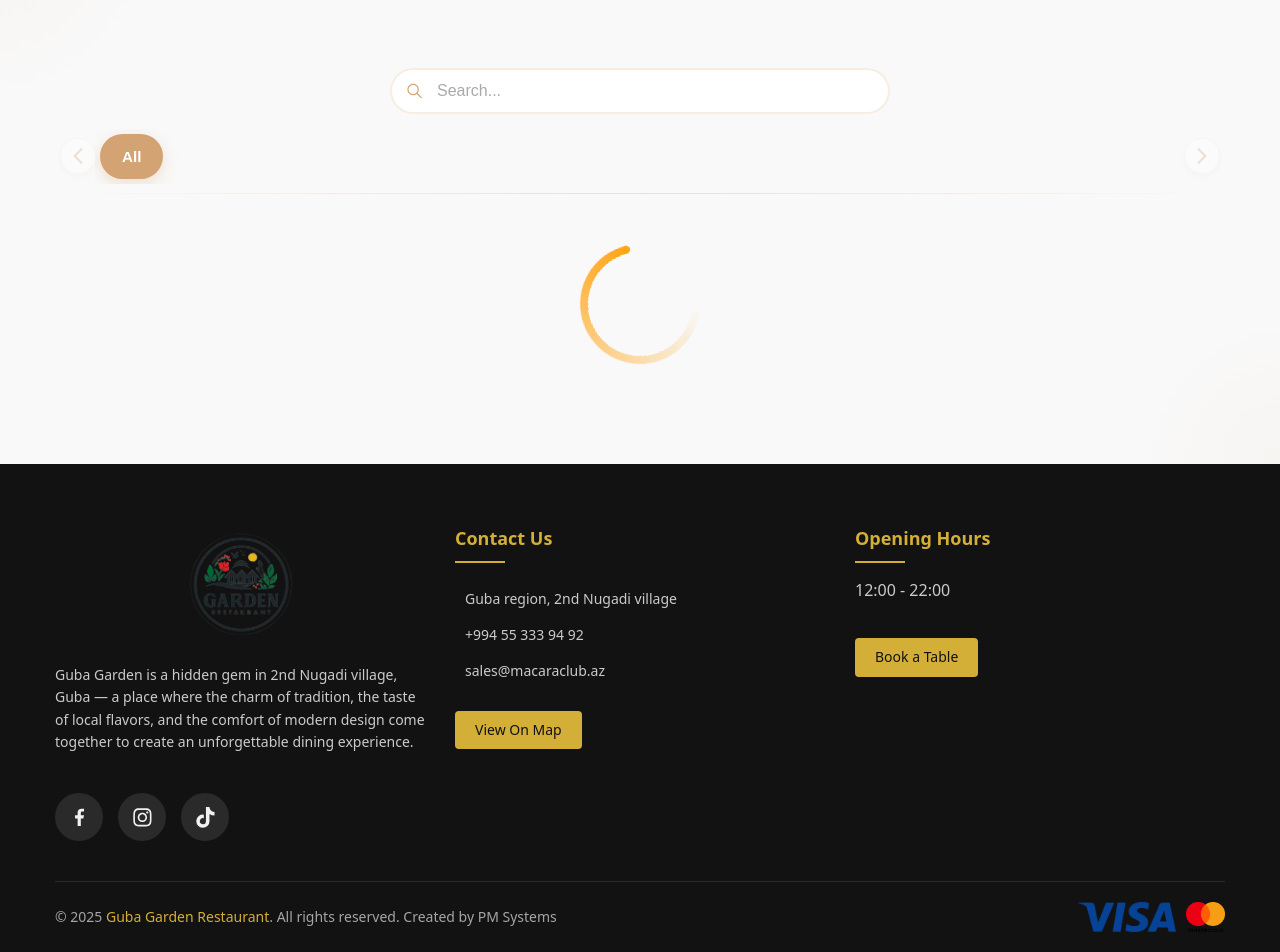
Repository: ferhadsultan98/menu-macara
Page: /
An editor plug-in stored every save of this project. The page is shown before and after the next save, followed by the edit.
The browser window is 1280 px wide. The pictures show the part of the page from y = 1524 to 2476 px (the page is 2476 px tall).
The page's requests for data from a server got no answer. The project was rebuilt for these pictures with package versions that can differ from the ones it lists, and the page was loaded fresh each time. No one was signed in, and anything a server would have sent is missing. Also part of the build but not shown: vite.config.js.

Above is the page before, as saved 2025-04-17 16:30:19.

### index.html
<!doctype html>
<html lang="en">
  <head>
    <meta charset="UTF-8" />
    <link rel="shortcut icon" href="/src/assets/logo.png" type="image/x-icon">
    <meta name="viewport" content="width=device-width, initial-scale=1.0" />
    <title>Guba Garden - Menu</title>
  </head>
  <body>
    <div id="root"></div>
    <script type="module" src="/src/main.jsx"></script>
  </body>
</html>

### src/App.jsx
import React from "react";
import { I18nextProvider } from "react-i18next";
import i18n from "./Languages/i18n";
import "./App.scss";
import MainLayout from "./Components/Common/MainLayout";
import Home from "./Pages/Home/Home";
import MenuSection from "./Pages/MenuSection/MenuSection";

function App() {
  return (
    <I18nextProvider i18n={i18n}>
      <div className="app-container">
        <MainLayout>
          <Home/>
          <MenuSection />
        </MainLayout>
      </div>
    </I18nextProvider>
  );
}

export default App;

### src/App.scss
* {
  margin: 0;
  padding: 0;
  box-sizing: border-box;
}

body {
  font-family: system-ui, -apple-system, BlinkMacSystemFont, "Segoe UI", Roboto,
    Oxygen, Ubuntu, Cantarell, "Open Sans", "Helvetica Neue", sans-serif;
}

### src/Components/Common/MainLayout.jsx
import React from 'react';
import Header from './Header/Header';
import Footer from './Footer/Footer';

const MainLayout = ({ children }) => {
  return (
    <>
      <Header />
      {children}
      <Footer />
    </>
  );
};

export default MainLayout;

### src/Components/Common/Header/Header.jsx
import { useState, useEffect, useRef } from "react";
import "./Header.scss";
import Logo from "../../../assets/logo.png";
import whiteLogo from "../../../assets/logowhite.png";
import { motion, AnimatePresence } from "framer-motion";
import { useTranslation } from "react-i18next";

const Header = () => {
  const [scrolled, setScrolled] = useState(false);
  const [isOpen, setIsOpen] = useState(false);
  const dropdownRef = useRef(null);
  const { i18n } = useTranslation();

  const languages = [
    { code: "en", name: "English" },
    { code: "az", name: "Azerbaijani" },
    { code: "ru", name: "Russian" },
  ];

  useEffect(() => {
    const handleScroll = () => {
      const isScrolled = window.scrollY > 20;
      setScrolled(isScrolled);
    };

    window.addEventListener("scroll", handleScroll);
    return () => window.removeEventListener("scroll", handleScroll);
  }, []);

  useEffect(() => {
    const handleClickOutside = (event) => {
      if (dropdownRef.current && !dropdownRef.current.contains(event.target)) {
        setIsOpen(false);
      }
    };

    document.addEventListener("mousedown", handleClickOutside);
    return () => document.removeEventListener("mousedown", handleClickOutside);
  }, []);

  const toggleLanguage = (langCode) => {
    i18n.changeLanguage(langCode);
    setIsOpen(false);
  };

  const toggleMenu = () => {
    setIsOpen(!isOpen);
  };

  return (
    <header className={`header ${scrolled ? "scrolled" : ""}`}>
      <div className="headerContainer">
        <div className="logo">
          <img
            src={scrolled ? Logo : whiteLogo}
            alt={scrolled ? "Logo" : "White Logo"}
            className="logo-img"
          />
        </div>

        <div className="header-actions">
          <div className="lang-dropdown" ref={dropdownRef}>
            <button
              className="lang-current"
              onClick={toggleMenu}
              aria-expanded={isOpen}
            >
              <span>{i18n.language.toUpperCase()}</span>
              <i className={`fas fa-chevron-down ${isOpen ? "open" : ""}`}></i>
            </button>

            <AnimatePresence>
              {isOpen && (
                <motion.ul
                  className="lang-options"
                  initial={{ opacity: 0, y: -10 }}
                  animate={{ opacity: 1, y: 0 }}
                  exit={{ opacity: 0, y: -10 }}
                  transition={{ duration: 0.2 }}
                >
                  {languages.map((lang) => (
                    <motion.li
                      key={lang.code}
                      whileHover={{ backgroundColor: "rgba(0,0,0,0.05)" }}
                      onClick={() => toggleLanguage(lang.code)}
                      className={i18n.language === lang.code ? "active" : ""}
                    >
                      <span className="lang-code">
                        {lang.code.toUpperCase()}
                      </span>
                      <span className="lang-name">{lang.name}</span>
                    </motion.li>
                  ))}
                </motion.ul>
              )}
            </AnimatePresence>
          </div>
        </div>
      </div>
    </header>
  );
};

export default Header;

### src/Components/Common/Footer/Footer.jsx
import React, { useState, useEffect } from "react";
import "./Footer.scss";
import logo from "../../../assets/logo.png";
import visaIcon from "../../../assets/visa.png";
import mastercardIcon from "../../../assets/mastercard.png";
import { IoIosArrowUp } from "react-icons/io";
import { GrFacebookOption } from "react-icons/gr";
import { FaInstagram, FaTiktok } from "react-icons/fa";
import { useTranslation } from "react-i18next";

const Footer = () => {
  const { t } = useTranslation();
  const [showScrollTop, setShowScrollTop] = useState(false);
  const currentYear = new Date().getFullYear();

  useEffect(() => {
    const handleScroll = () => {
      if (window.scrollY > 300) {
        setShowScrollTop(true);
      } else {
        setShowScrollTop(false);
      }
    };

    window.addEventListener("scroll", handleScroll);

    return () => {
      window.removeEventListener("scroll", handleScroll);
    };
  }, []);

  const scrollToTop = () => {
    window.scrollTo({
      top: 0,
      behavior: "smooth",
    });
  };

  return (
    <footer className="footer">
      <div className="container">
        <div className="footerTop">
          <div className="footerGrid">
            <div className="footerBrand">
              <img
                src={logo}
                alt="Guba Garden Restaurant Logo"
                className="footerLogo"
              />
              <p className="footerDescription">{t("footer.desc")}</p>
              <div className="footerSocial">
                <a href="https://facebook.com" aria-label="Facebook">
                  <i>
                    {" "}
                    <GrFacebookOption />
                  </i>
                </a>
                <a href="https://instagram.com" aria-label="Instagram">
                  <i>
                    {" "}
                    <FaInstagram />
                  </i>
                </a>
                <a href="https://tiktok.com" aria-label="TikTok">
                  <i>
                    {" "}
                    <FaTiktok />
                  </i>
                </a>
              </div>
            </div>

            <div className="footerContact">
              <h4 className="footerContactTitle">Contact Us</h4>
              <ul className="footerContactList">
                <li>
                  <i className="fas fa-map-marker-alt"></i>
                  <span>{t("footer.location")}</span>
                </li>
                <li>
                  <i className="fas fa-phone-alt"></i>
                  <span>+994 55 333 94 92</span>
                </li>
                <li>
                  <i className="fas fa-envelope"></i>
                  <span>sales@macaraclub.az</span>
                </li>
              </ul>
              <a href="https://maps.app.goo.gl/35UcEZzbX2nMFG9H6" className="footerContactLink" target="_blank">
                {t("footer.viewMap")}
              </a>
            </div>

            <div className="footerHours">
              <h4 className="footerHoursTitle">{t("footer.openHours")}</h4>
              <p className="footerHoursText">12:00 - 22:00</p>
              <a href="https://macaraclub.az/" className="footerHoursLink" target="_blank">
                {t("footer.bookaTable")}
              </a>
            </div>
          </div>
        </div>

        <div className="footerBottom">
          <p className="footerCopyright">
            © {currentYear} <span>Guba Garden Restaurant</span>.{" "}
            {t("footer.allRightReserved")} Created by PM Systems
          </p>

          <div className="footerPayment">
            <img src={visaIcon} alt="Visa" />
            <img src={mastercardIcon} alt="Mastercard" />
          </div>

          <div
            className={`footerScrollTop ${showScrollTop ? "show bounce" : ""}`}
            onClick={scrollToTop}
            aria-label="Scroll to top"
          >
            <IoIosArrowUp />
          </div>
        </div>
      </div>
    </footer>
  );
};

export default Footer;

### src/Components/Loading/Loading.jsx
import React from "react";
import "./Loading.scss";

const Loading = () => {
  return <div className="restaurantLoader"></div>;
};

export default Loading;

### src/server/server.jsx
// src/server/server.js
import { initializeApp } from "firebase/app";
import { getDatabase, ref, onValue, set, push, remove, update } from "firebase/database";
import { getAnalytics } from "firebase/analytics";

// Firebase configuration
const firebaseConfig = {
  apiKey: "AIzaSyA3iCDoGXoamiNg5rUrGU5uqmnfMHKO9BI",
  authDomain: "gubagarden.firebaseapp.com",
  projectId: "gubagarden",
  storageBucket: "gubagarden.firebasestorage.app",
  messagingSenderId: "920416051355",
  appId: "1:920416051355:web:6acffca1bb687b0d4ca63e",
  measurementId: "G-L77LRCTPG3",
  databaseURL: "https://gubagarden-default-rtdb.firebaseio.com"
};


const app = initializeApp(firebaseConfig);
let analytics = null;


if (typeof window !== 'undefined') {
  try {
    analytics = getAnalytics(app);
  } catch (error) {
    console.error("Analytics failed to initialize:", error);
  }
}

const database = getDatabase(app);

export { database, analytics, ref, onValue, set, push, remove, update };

### src/Components/Common/Header/Header.scss
@import url("https://fonts.googleapis.com/css2?family=Playfair+Display:wght@400;500;600;700&family=Poppins:wght@300;400;500;600&display=swap");

$secondary-color: #2c3e50;
$light-color: #ffffff;
$dark-color: #1a1a1a;
$text-light: #ffffff;
$text-dark: #333333;
$font-primary: "Playfair Display", serif;
$font-secondary: "Poppins", sans-serif;
$header-height: 80px;
$header-height-mobile: 70px;
$transition: all 0.3s ease;

.header {
  position: fixed;
  top: 0;
  left: 0;
  width: 100%;
  z-index: 2;
  transition: $transition;

  &.scrolled {
    background-color: rgba($light-color, 0.95);
    backdrop-filter: blur(10px);
    box-shadow: 0 5px 20px rgba($dark-color, 0.08);
    z-index: 4;

    .nav-link,
    .lang-current
    {
      color: $text-dark;
    }

    .lang-current {
      border-color: black;


      &:hover {
        border-color: rgba($dark-color, 0.4);
      }
    }

    .mobile-menu-btn {
      span {
        background-color: $text-dark;
      }
    }

    .reservation-btn {
      background-color: #d4b062;
      color: $text-light;
      border-color: #d4b062;

      &:hover {
        background-color: darken(#d4b062, 5%);
      }
    }
  }

  .headerContainer {
    display: flex;
    justify-content: space-between;
    align-items: center;
    width: 100%;
    padding: 0 30px;
    max-width: 1400px;
    margin: 0 auto;

    @media (max-width: 1200px) {
      max-width: 100%;
    }

    @media (max-width: 992px) {
      padding: 0 20px;
    }

    @media (max-width: 768px) {
      height: $header-height-mobile;
    }
  }

  .logo {
    height: 100px;
    display: flex;
    align-items: center;
    cursor: pointer;

    img {
      height: 100%;
      width: auto;
      object-fit: contain;
      filter: drop-shadow(1px 0px 1px rgb(47, 45, 45));
    }

    @media (max-width: 768px) {
      height: 50px;
    }

    @media (max-width: 480px) {
      height: 40px;
    }
  }

  .navigation {
    display: flex;
    align-items: center;

    .nav-links {
      display: flex;
      list-style: none;
      margin: 0;
      padding: 0;

      .nav-item {
        margin: 0 15px;
        position: relative;

        &::after {
          content: "";
          position: absolute;
          bottom: -5px;
          left: 0;
          width: 0;
          height: 2px;
          background-color: #d4b062;
          transition: $transition;
        }

        &:hover::after {
          width: 100%;
        }
      }

      .nav-link {
        color: $text-light;
        text-decoration: none;

        font-size: 1rem;
        font-weight: 500;
        transition: $transition;

        &:hover {
          color: #d4b062;
        }
      }
    }

    @media (max-width: 992px) {
      display: none;
    }
  }

  .header-actions {
    display: flex;
    align-items: center;

    .reservation-btn {
      margin-right: 20px;
      padding: 10px 20px;
      background-color: transparent;
      border: 2px solid $light-color;
      border-radius: 4px;
      color: $text-light;

      font-weight: 500;
      font-size: 0.9rem;
      cursor: pointer;
      transition: $transition;

      &:hover {
        background-color: $light-color;
        color: $dark-color;
      }

      @media (max-width: 992px) {
        display: none;
      }
    }
  }

  .lang-dropdown {
    position: relative;

    .lang-current {
      display: flex;
      align-items: center;
      background: transparent;
      border: 1px solid #d4b062;
      color: #d4b062;
      border-radius: 4px;
      cursor: pointer;
      font-weight: 500;
      transition: $transition;
      padding: 8px 15px;

      span {
        font-size: 0.9rem;
      }

      i {
        font-size: 0.8rem;
        transition: $transition;

        &.open {
          transform: rotate(180deg);
        }
      }

      &:hover {
        border-color: rgb(145, 113, 46);
        color: rgb(145, 113, 46);
      }
    }

    .lang-options {
      position: absolute;
      top: calc(100% + 8px);
      right: 0;
      background-color: $light-color;
      border-radius: 6px;
      overflow: hidden;
      box-shadow: 0 5px 25px rgba($dark-color, 0.15);
      min-width: 160px;
      padding: 5px 0;
      margin: 0;
      list-style: none;
      z-index: 100;

      li {
        display: flex;
        align-items: center;
        padding: 10px 15px;
        cursor: pointer;
        transition: $transition;

        &.active {
          background-color: rgba(#d4b062, 0.1);

          .lang-code {
            color: #d4b062;
            font-weight: 600;
          }
        }

        &:hover {
          background-color: rgba($dark-color, 0.05);
        }

        .lang-code {
          font-size: 0.9rem;
          font-weight: 500;
          color: $text-dark;
          margin-right: 10px;
          min-width: 30px;
        }

        .lang-name {
          font-size: 0.85rem;
          color: rgba($text-dark, 0.8);
        }
      }
    }
  }

  .mobile-menu-btn {
    display: none;
    flex-direction: column;
    justify-content: space-between;
    width: 24px;
    height: 18px;
    background: transparent;
    border: none;
    cursor: pointer;
    padding: 0;
    margin-left: 15px;

    span {
      display: block;
      width: 100%;
      height: 2px;
      background-color: $text-light;
      transition: $transition;

      &:nth-child(2) {
        width: 70%;
        align-self: flex-end;
      }
    }

    &:hover {
      span:nth-child(2) {
        width: 100%;
      }
    }

    @media (max-width: 992px) {
      display: flex;
    }
  }
}

// Responsive styles
@media (max-width: 992px) {
  .header {
    .headerContainer {
      padding: 0 20px;
    }
  }
}

@media (max-width: 768px) {
  .header {
    .headerContainer {
      height: $header-height-mobile;
      padding: 0 15px;
    }

    .logo {
      height: 65px;
    }

    .lang-dropdown {
      .lang-current {
        padding: 6px 12px;

        span {
          font-size: 0.85rem;
        }
      }
    }
  }
}

@media (max-width: 480px) {
  .header {
    .headerContainer {
      padding: 0 15px;
    }

    .logo {
      height: 65px;
    }

    .lang-dropdown {
      .lang-current {
        padding: 5px 10px;

        span {
          font-size: 0.8rem;
        }
      }
    }
  }
}

// Animation for dropdown
@keyframes fadeIn {
  from {
    opacity: 0;
    transform: translateY(-10px);
  }
  to {
    opacity: 1;
    transform: translateY(0);
  }
}

@keyframes fadeOut {
  from {
    opacity: 1;
    transform: translateY(0);
  }
  to {
    opacity: 0;
    transform: translateY(-10px);
  }
}

### src/Components/Common/Footer/Footer.scss

.footer {
  background-color: #121212;
  color: #f1f1f1;
  padding: 60px 0 20px;
  position: relative;

  .container {
    max-width: 1200px;
    margin: 0 auto;
    padding: 0 15px;
  }

  .footerTop {
    margin-bottom: 40px;
  }

  .footerGrid {
    display: grid;
    grid-template-columns: repeat(3, 1fr);
    gap: 30px;

    @media (max-width: 992px) {
      grid-template-columns: repeat(2, 1fr);
    }

    @media (max-width: 768px) {
      grid-template-columns: 1fr;
    }
  }

  .footerBrand {
    display: flex;
    flex-direction: column;
  }

  .footerLogo {
    height: 120px;
    width: auto;
    margin-bottom: 20px;
    object-fit: contain;
  }

  .footerDescription {
    font-size: 14px;
    line-height: 1.6;
    margin-bottom: 20px;
    color: darken(#f1f1f1, 15%);
  }

  .footerSocial {
    display: flex;
    gap: 15px;
    margin-top: 20px;

    a {
      display: flex;
      align-items: center;
      justify-content: center;
      width: 48px;
      height: 48px;
      border-radius: 50%;
      background-color: rgba(255, 255, 255, 0.1);
      color: #f1f1f1;
      transition: all 0.3s ease;

      &:hover {
        background-color: #d4af37;
        color: #121212;
        transform: translateY(-3px);
      }


      i {
        font-size: 1.3rem;
        display: flex;

      }
    }
  }

  .footerContact,
  .footerHours {
    h4 {
      color: #d4af37;
      font-size: 18px;
      font-weight: 600;
      margin-bottom: 25px;
      position: relative;
      padding-bottom: 10px;

      &:after {
        content: "";
        position: absolute;
        bottom: 0;
        left: 0;
        width: 50px;
        height: 2px;
        background-color: #d4af37;
      }
    }
  }

  .footerContactList {
    list-style: none;
    padding: 0;
    margin: 0;

    li {
      display: flex;
      margin-bottom: 15px;
      font-size: 14px;
      line-height: 1.5;

      i {
        color: #d4af37;
        margin-right: 10px;
        font-size: 16px;
        margin-top: 3px;
      }

      span {
        color: darken(#f1f1f1, 15%);
      }
    }
  }

  .footerHours {
    .footerHoursTitle {
      margin-bottom: 15px !important;
    }

    .footerHoursText {
      font-size: 16px;
      line-height: 1.6;
      color: darken(#f1f1f1, 15%);
      margin-bottom: 20px;
    }
  }

  .footerContactLink,
  .footerHoursLink {
    display: inline-block;
    margin-top: 15px;
    padding: 8px 20px;
    background-color: #d4af37;
    color: #121212;
    text-decoration: none;
    border-radius: 4px;
    font-weight: 500;
    transition: all 0.3s ease;
    font-size: 14px;
    text-align: center;

    &:hover {
      background-color: darken(#d4af37, 10%);
      transform: translateY(-2px);
    }
  }

  .footerBottom {
    padding-top: 20px;
    border-top: 1px solid rgba(255, 255, 255, 0.1);
    display: flex;
    flex-wrap: wrap;
    justify-content: space-between;
    align-items: center;
    gap: 15px;

    @media (max-width: 768px) {
      flex-direction: column;
      text-align: center;
    }
  }

  .footerCopyright {
    font-size: 14px;
    color: darken(#f1f1f1, 30%);
    margin: 0;

    span {
      color: #d4af37;
    }
  }

  .footerPayment {
    display: flex;
    gap: 10px;

    img {
      height: 30px;
      width: auto;
    }
  }

  .footerScrollTop {
    position: fixed;
    bottom: 30px;
    right: 30px;
    width: 40px;
    height: 40px;
    background-color: #d4af37;
    color: #121212;
    border-radius: 50%;
    display: flex;
    align-items: center;
    justify-content: center;
    cursor: pointer;
    opacity: 0;
    visibility: hidden;
    transition: all 0.3s ease;
    box-shadow: 0 2px 10px rgba(0, 0, 0, 0.2);
    z-index: 100;

    &.show {
      opacity: 1;
      visibility: visible;
    }

    &:hover {
      background-color: darken(#d4af37, 10%);
      transform: translateY(-5px);
    }

    &.bounce {
      animation: bounce 2s infinite;
    }

    svg {
      font-size: 22px;
    }
  }
}

@keyframes bounce {
  0%,
  20%,
  50%,
  80%,
  100% {
    transform: translateY(0);
  }
  40% {
    transform: translateY(-10px);
  }
  60% {
    transform: translateY(-5px);
  }
}

/* Media Queries for responsiveness */
@media (max-width: 576px) {
  .footer {
    padding: 40px 0 15px;

    .footerGrid {
      gap: 25px;
    }

    .footerLogo {
      height: 120px;
      margin-bottom: 15px;
    }

    .footerContactTitle,
    .footerHoursTitle {
      margin-bottom: 20px;
    }

    .footerScrollTop {
      width: 35px;
      height: 35px;
      bottom: 20px;
      right: 20px;
    }
  }
}

### src/Components/Loading/Loading.scss
.restaurantLoader {
  width: 120px;
  aspect-ratio: 1;
  border-radius: 50%;
  background: radial-gradient(farthest-side, #ffa516 94%, #0000) top/8px 8px
      no-repeat,
    conic-gradient(#0000 30%, #ffa516);
  -webkit-mask: radial-gradient(farthest-side, #0000 calc(100% - 8px), #000 0);
  animation: l13 1s infinite linear;
  display: flex;
  margin: 0 auto;
}
@keyframes l13 {
  100% {
    transform: rotate(1turn);
  }
}

Loaded but not shown: src/main.jsx (common file); src/Languages/AZ/AZ.json (34 lines, source omitted); src/Languages/EN/EN.json (34 lines, source omitted); src/Languages/RU/RU.json (35 lines, source omitted); src/Languages/i18n.js (37 lines, source omitted); src/Pages/MenuSection/MenuSection.scss (1054 lines, source omitted); src/Pages/Home/Home.scss (765 lines, source omitted); src/Pages/MenuSection/MenuSection.jsx (412 lines, source omitted); src/Pages/Home/Home.jsx (207 lines, source omitted); src/index.css (no stored copy; drawn as an empty file)

After the next save:
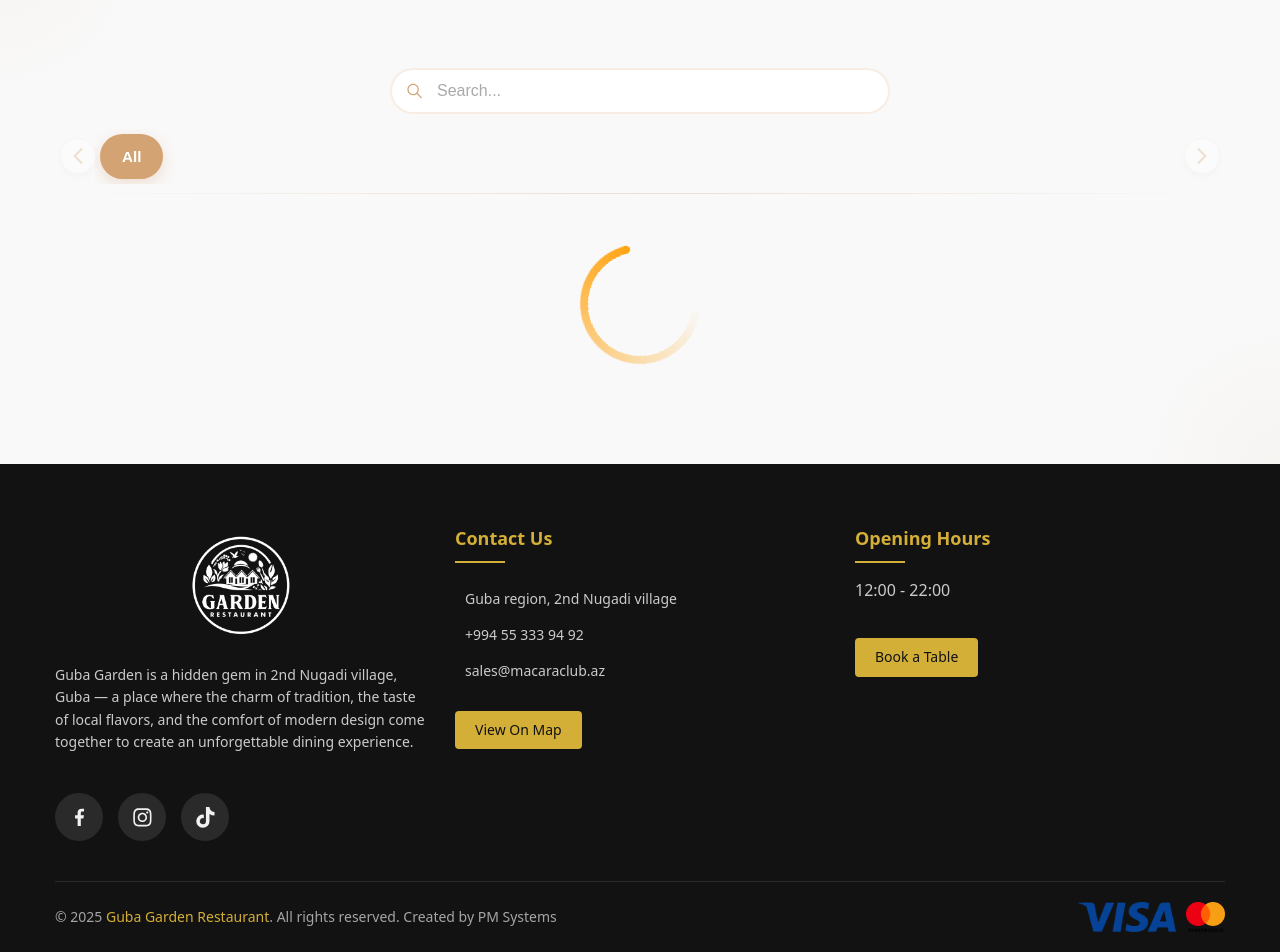
Saved 50 s later.
--- a/src/Components/Common/Footer/Footer.jsx
+++ b/src/Components/Common/Footer/Footer.jsx
@@ -1,6 +1,6 @@
 import React, { useState, useEffect } from "react";
 import "./Footer.scss";
-import logo from "../../../assets/logo.png";
+import logo from "../../../assets/logowhite.png";
 import visaIcon from "../../../assets/visa.png";
 import mastercardIcon from "../../../assets/mastercard.png";
 import { IoIosArrowUp } from "react-icons/io";
